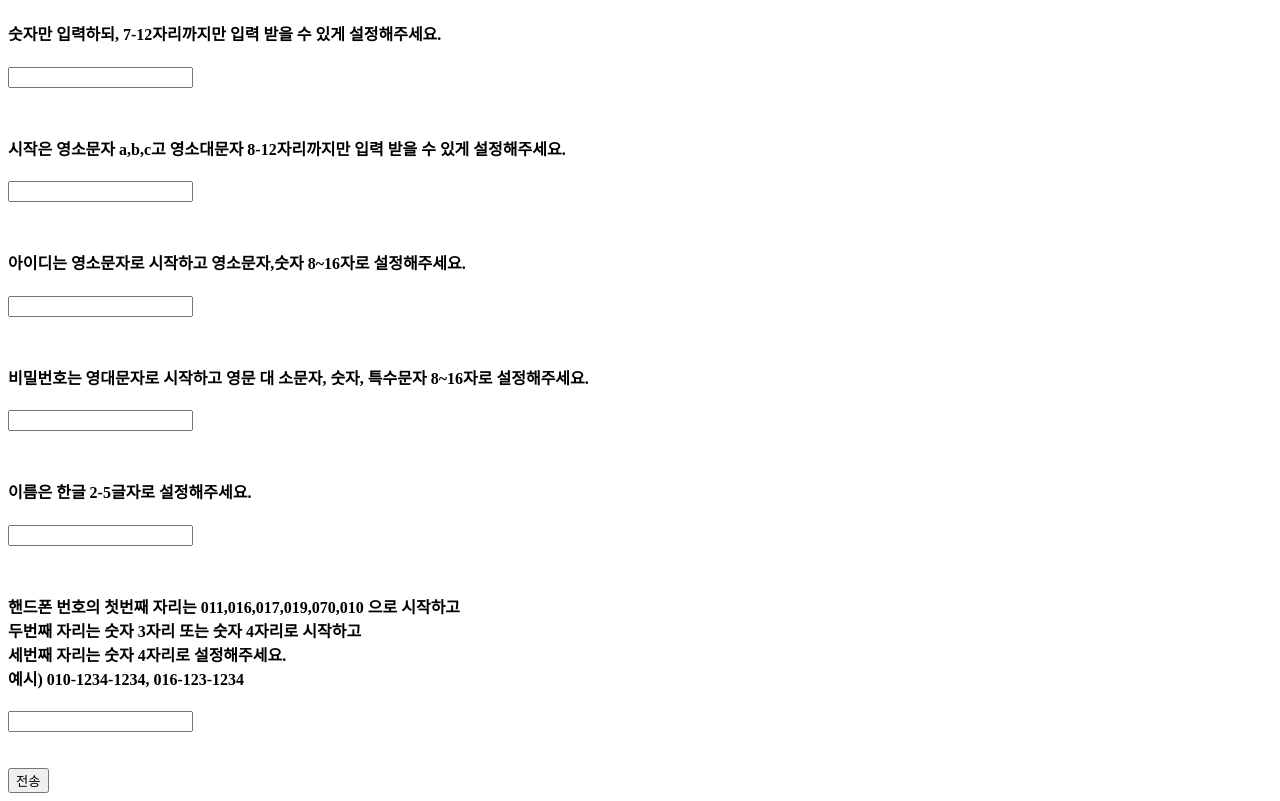
Repository: LeeKukJu/JSP-Study
Page: http://localhost/JSPBook/ch08/ch08_test.jsp
An editor plug-in stored every save of this project. The page is shown before and after the next save, followed by the edit.
The browser window is 1280 px wide. The pictures show the whole page.
The page is served by Tomcat 9.

Above is the page before, as saved 2023-02-01 06:44:44.

After the next save:
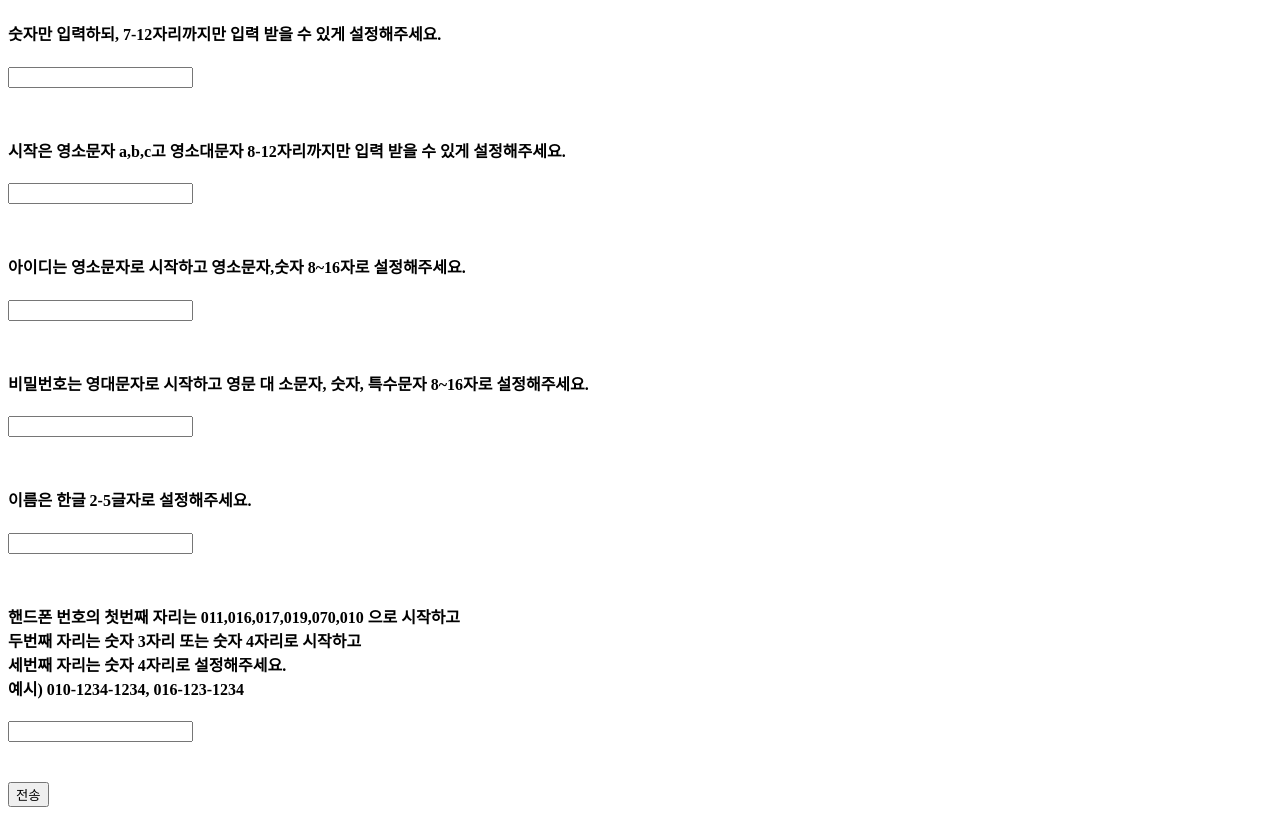
Saved 29 s later.
--- a/JSPBook/WebContent/ch08/ch08_test.jsp
+++ b/JSPBook/WebContent/ch08/ch08_test.jsp
@@ -67,7 +67,7 @@ $(function(){
 </script>
 <style>
 p{
-	font-size:9px;
+	font-size:11px;
 	color:red;
 }
 </style>
